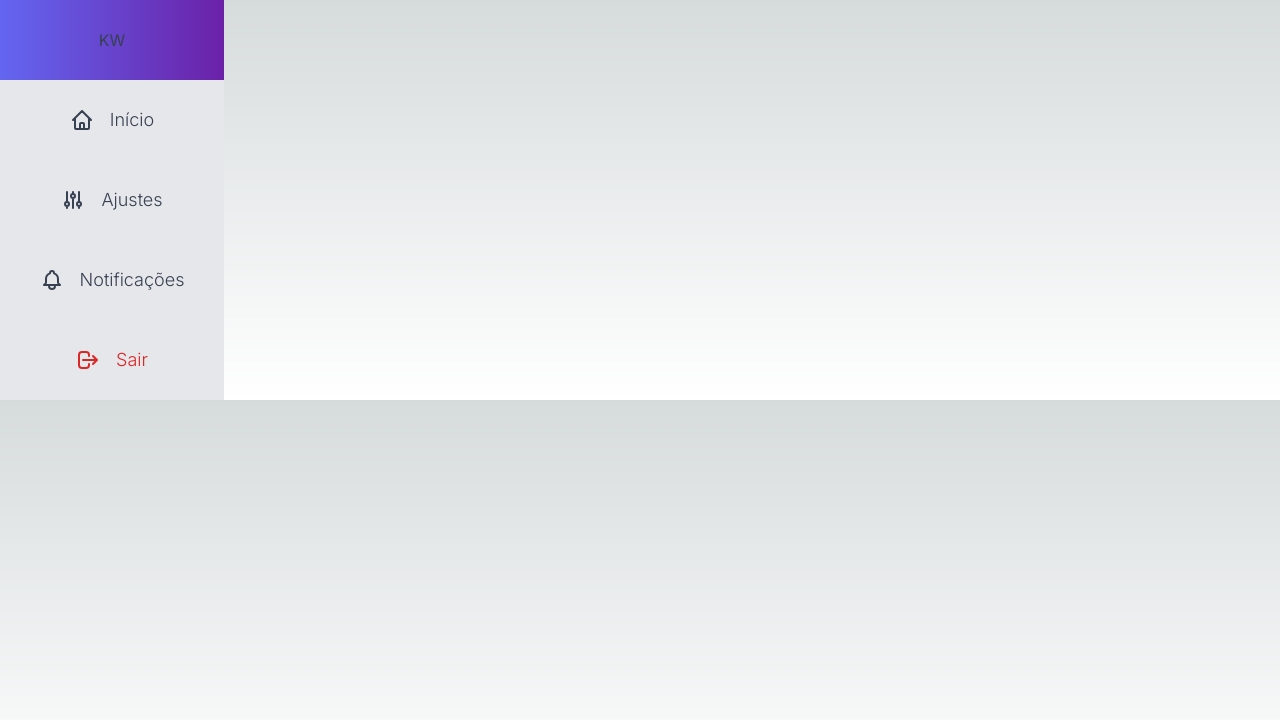
Repository: KennedyWanderson/AdminDashboard
Page: / (app in Code/admindashboard/)
An editor plug-in stored every save of this project. The page is shown before and after the next save, followed by the edit.
The browser window is 1280 px wide. The pictures show the whole page.
The project was rebuilt for these pictures with package versions that can differ from the ones it lists, and the page was loaded fresh each time. A package was used in the major version that the imports need, not the one package.json lists. The framework's server and built-in components were replaced by stand-ins that run in the browser. Also part of the build but not shown: Code/admindashboard/next.config.mjs, Code/admindashboard/src/components/Home.jsx.

Above is the page before, as saved 2024-06-20 20:31:47.

After the next save:
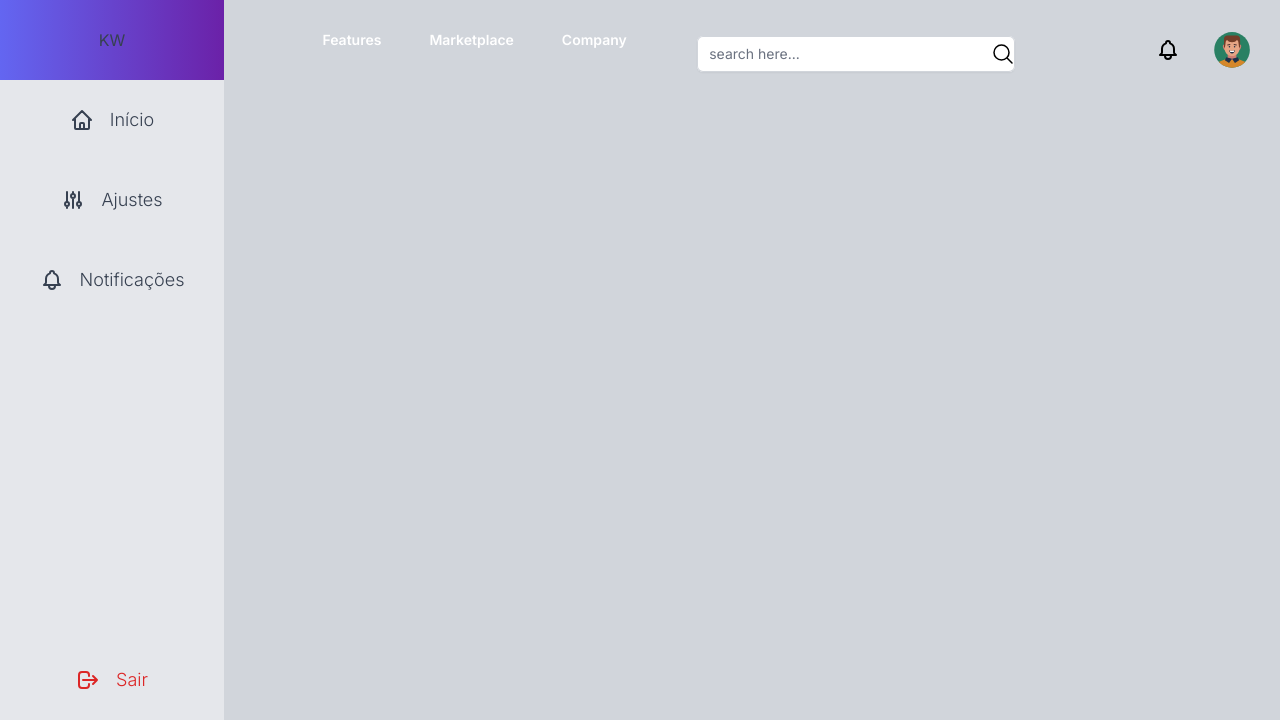
Saved 5 s later.
--- a/Code/admindashboard/src/app/page.js
+++ b/Code/admindashboard/src/app/page.js
@@ -1,24 +1,9 @@
+import Layout from "@/components/Layout";
 
-
-import { BrowserRouter as Router, Route, Switch } from 'react-router-dom';
-import HomePage from './../components/Home';
-import LateralMenu from './../components/LateralMenu';
-
-function Home() {
-    return (
-        <Router>
-            <div className="flex">
-                <LateralMenu />
-                <div className="flex-grow">
-                    <Switch>
-                        <Route path="/home" component={HomePage} />
-
-                        {/* Outras rotas */}
-                    </Switch>
-                </div>
-            </div>
-        </Router>
-    );
+export default function Home() {
+  return (
+    <Layout>
+      Content
+    </Layout>
+  )
 }
-
-export default Home;
